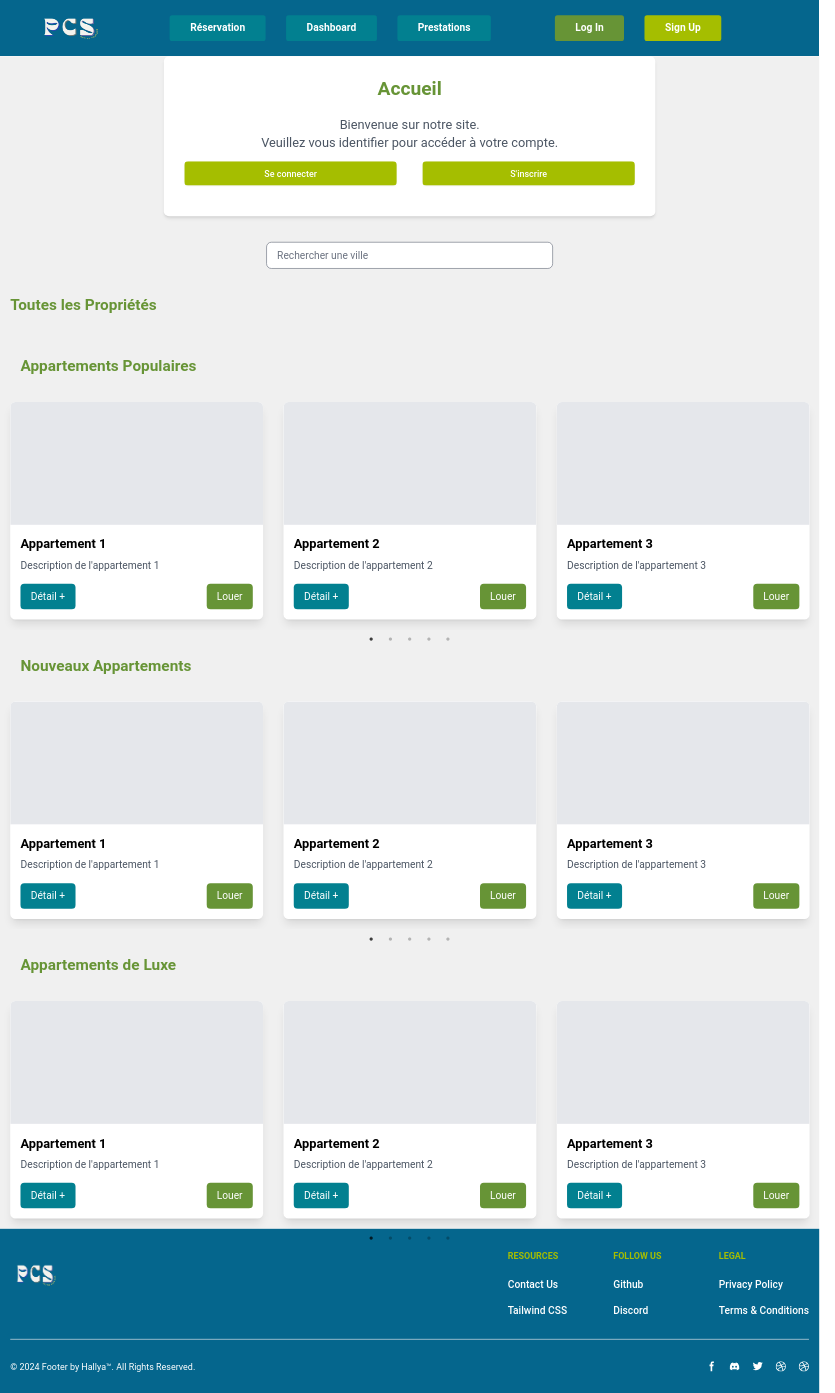
Repository: HATTOUNGBRE/ProjetAnnuel2
Page: / (app in FRONT/)
These files come from the project's save history. The page is drawn as it stood at one moment and after the next save; the edit follows.
The browser window is 1280 px wide. The page is 1305 px wide, then 1280 px, then 1305 px, so the pictures cover 1305 px, including what lies to the right of the window. The pictures show the whole page, at 64% of full size.
The page's requests for data from a server got no answer. An inner scrolling area shows only its first screen. The project was rebuilt for these pictures with package versions that can differ from the ones it lists, and the page was loaded fresh each time. No one was signed in, and anything a server would have sent is missing. Also part of the build but not shown: FRONT/vite.config.js, FRONT/src/components/PropertyCard.jsx, FRONT/src/components/Contact.jsx, FRONT/src/components/CatUser.jsx, FRONT/src/components/Login.jsx, FRONT/src/components/prestataire/PrestataireType.jsx, FRONT/src/components/prestataire/PrestataireDetails.jsx, FRONT/src/components/Account.jsx and 14 more.

Above is the page before, as saved 2024-06-27 15:02:20.

After the next save:
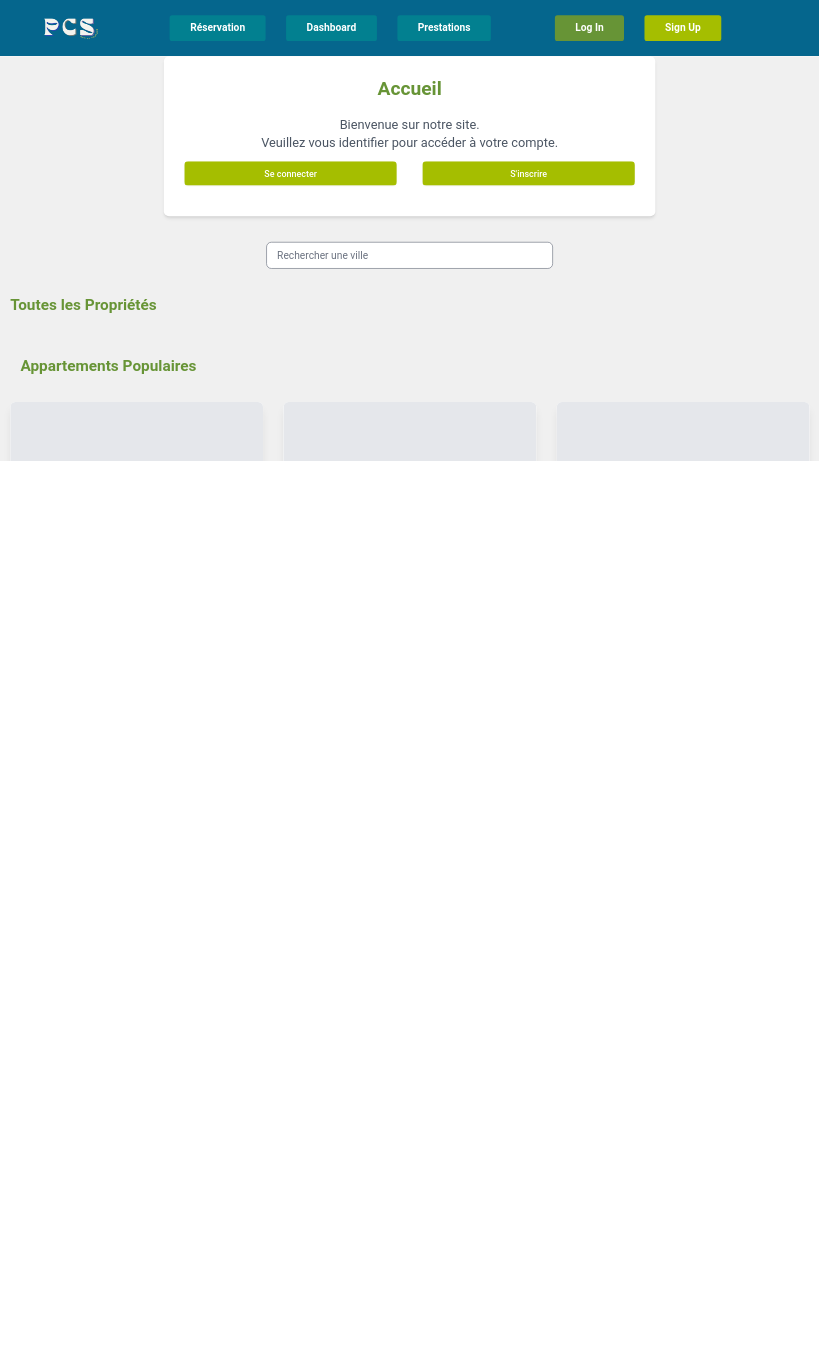
Saved 67 s later.
--- a/FRONT/src/App.css
+++ b/FRONT/src/App.css
@@ -8,6 +8,8 @@
   margin: 0;
   padding: 0;
   font-family: 'Roboto', sans-serif;
+  overflow-x: auto;
+  overflow-y: auto;
 }
 
 

After the 5 saves that followed:
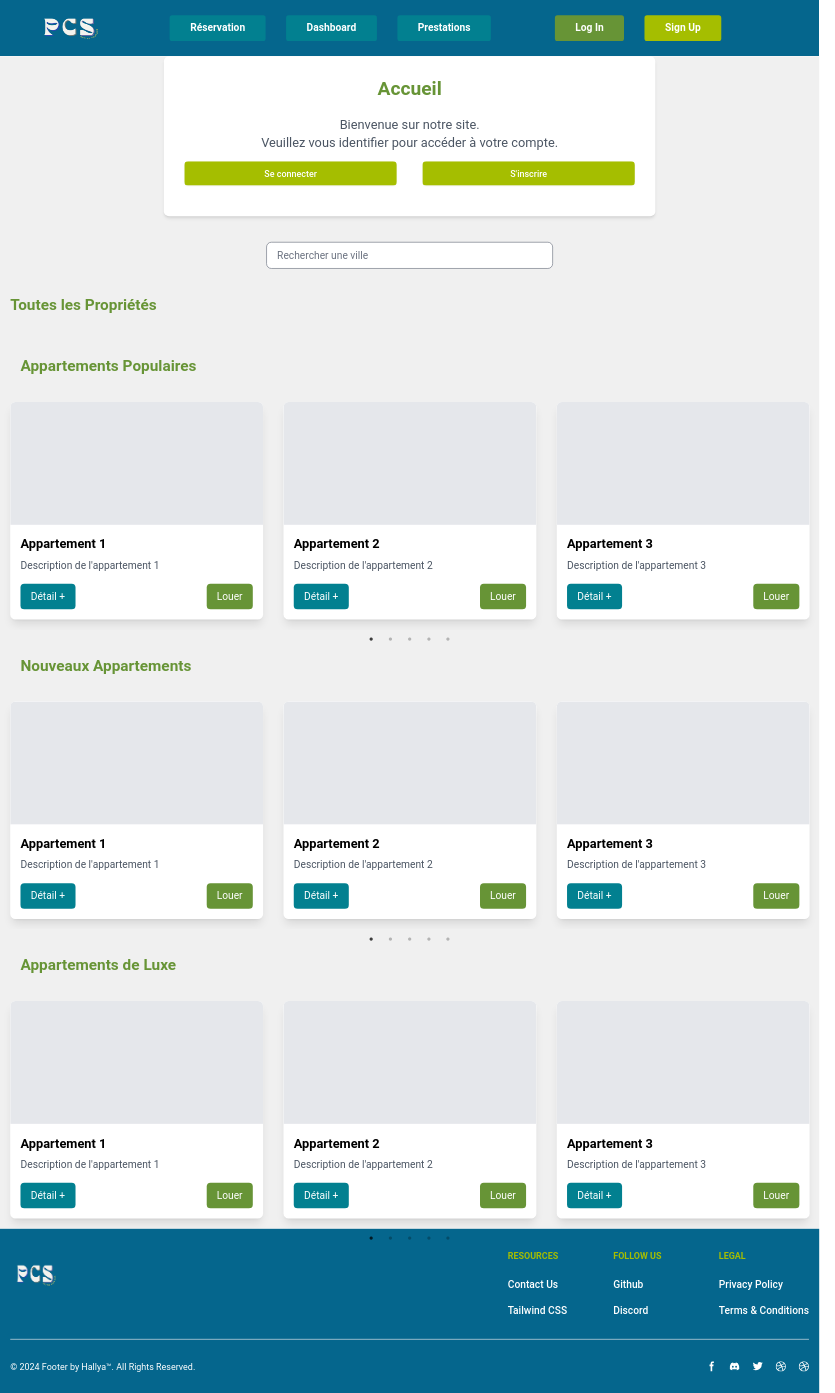
The 5 saves are shown as one change because 1 did not build or start and 3 left the picture as it was.
The last was saved 54 s later.
--- a/FRONT/src/App.css
+++ b/FRONT/src/App.css
@@ -8,8 +8,6 @@
   margin: 0;
   padding: 0;
   font-family: 'Roboto', sans-serif;
-  overflow-x: auto;
-  overflow-y: auto;
 }
 
 
